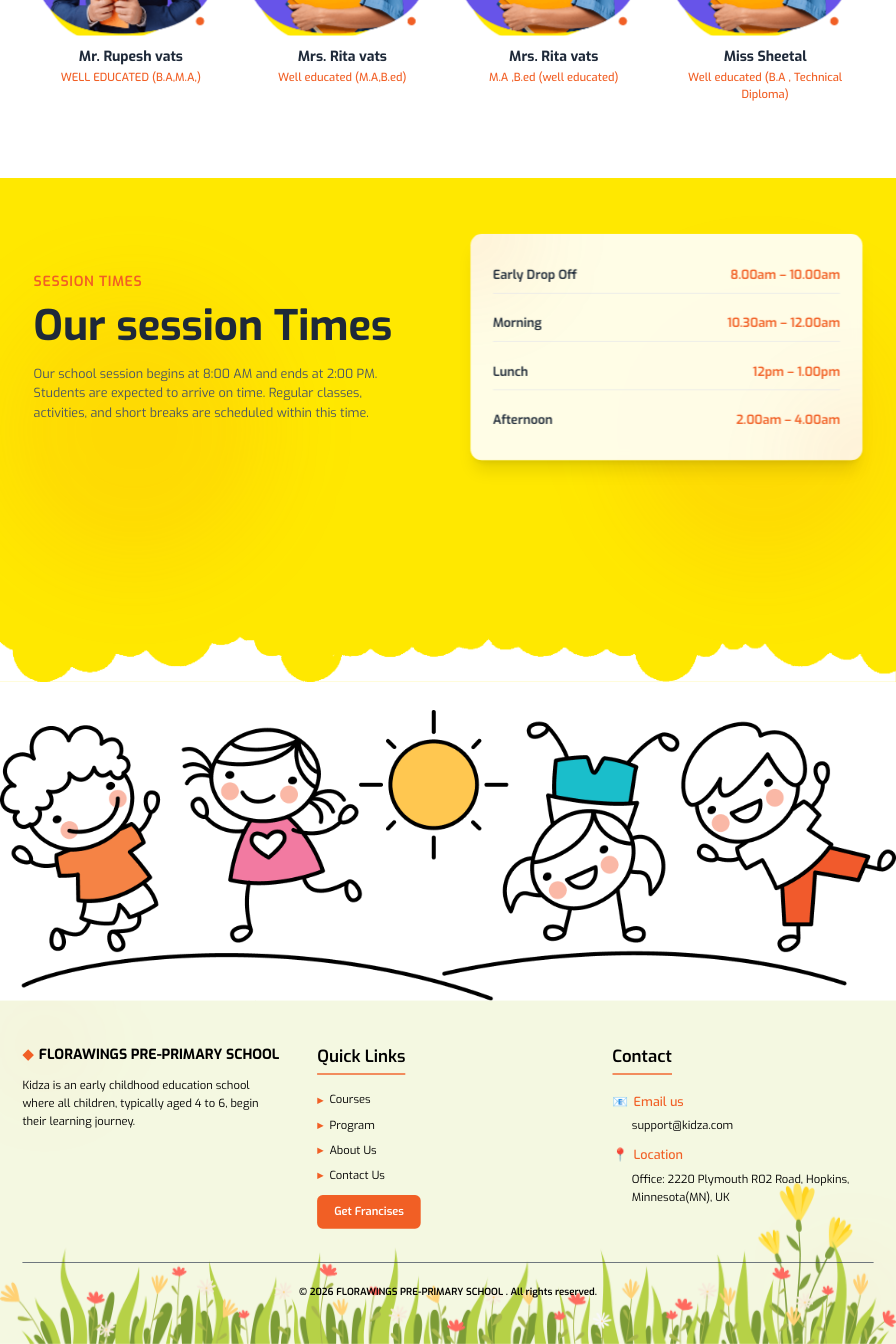
Repository: deepak445566/school
Page: / (app in okwork/)
These files come from the project's save history. The page is drawn as it stood at one moment and after the next save; the edit follows.
The browser window is 1280 px wide. The pictures show the part of the page from y = 2956 to 4876 px (the page is 4876 px tall), at 70% of full size.
Some web fonts or font styles are not loaded; a fallback is used. The project was rebuilt for these pictures with package versions that can differ from the ones it lists, and the page was loaded fresh each time. Some packages were replaced by stand-ins written for this rebuild. Also part of the build but not shown: okwork/vite.config.js.

Above is the page before, as saved 2026-02-18 20:54:54.

After the next save:
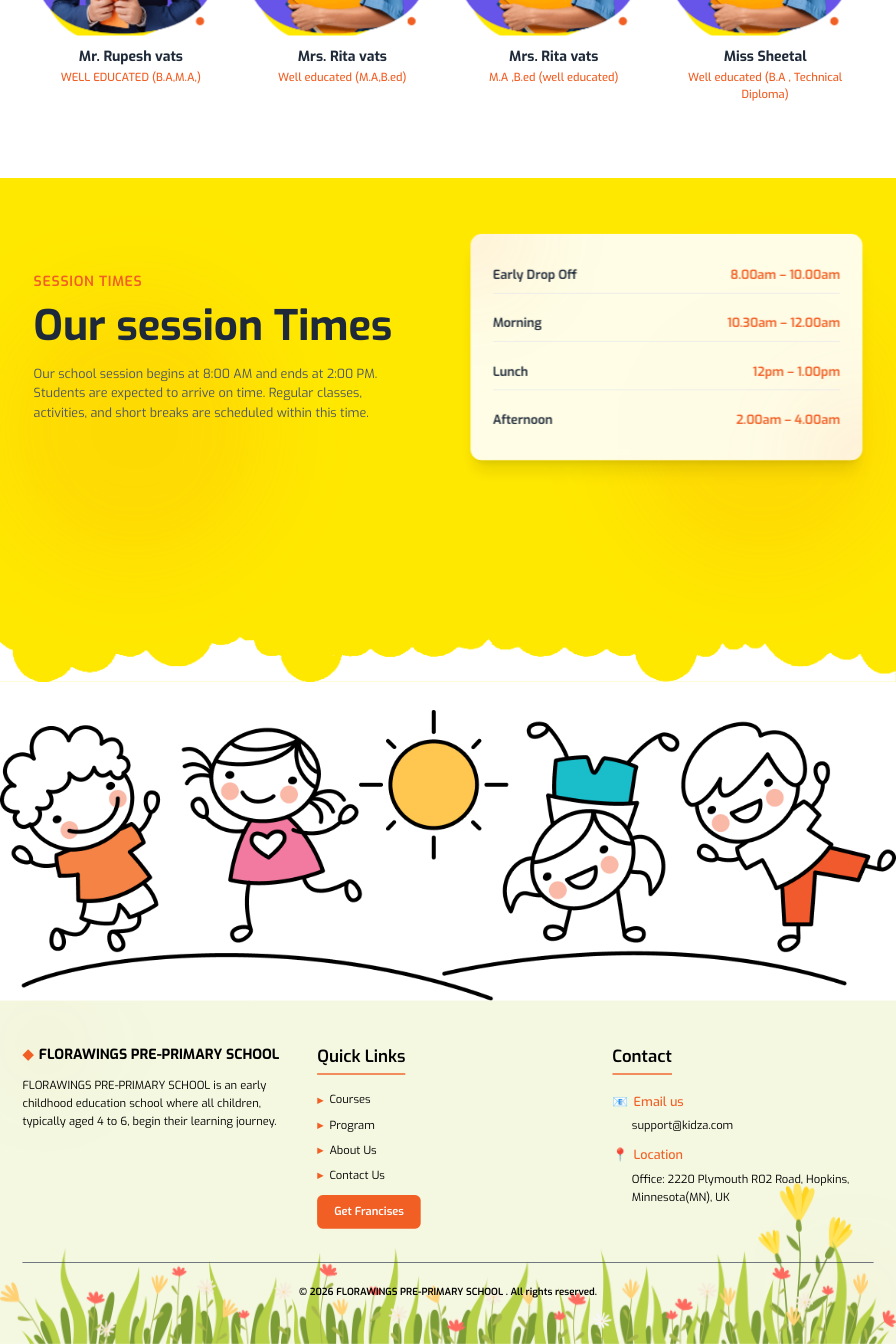
Saved 27 s later.
--- a/okwork/src/components/Footer.jsx
+++ b/okwork/src/components/Footer.jsx
@@ -18,7 +18,7 @@ const Footer = () => {
               <span className="text-[#F15F25]">◆</span> FLORAWINGS PRE-PRIMARY SCHOOL
             </h2>
             <p className="text-black text-sm md:text-base leading-relaxed">
-              Kidza is an early childhood education school where all children,
+              FLORAWINGS PRE-PRIMARY SCHOOL is an early childhood education school where all children,
               typically aged 4 to 6, begin their learning journey.
             </p>
 
